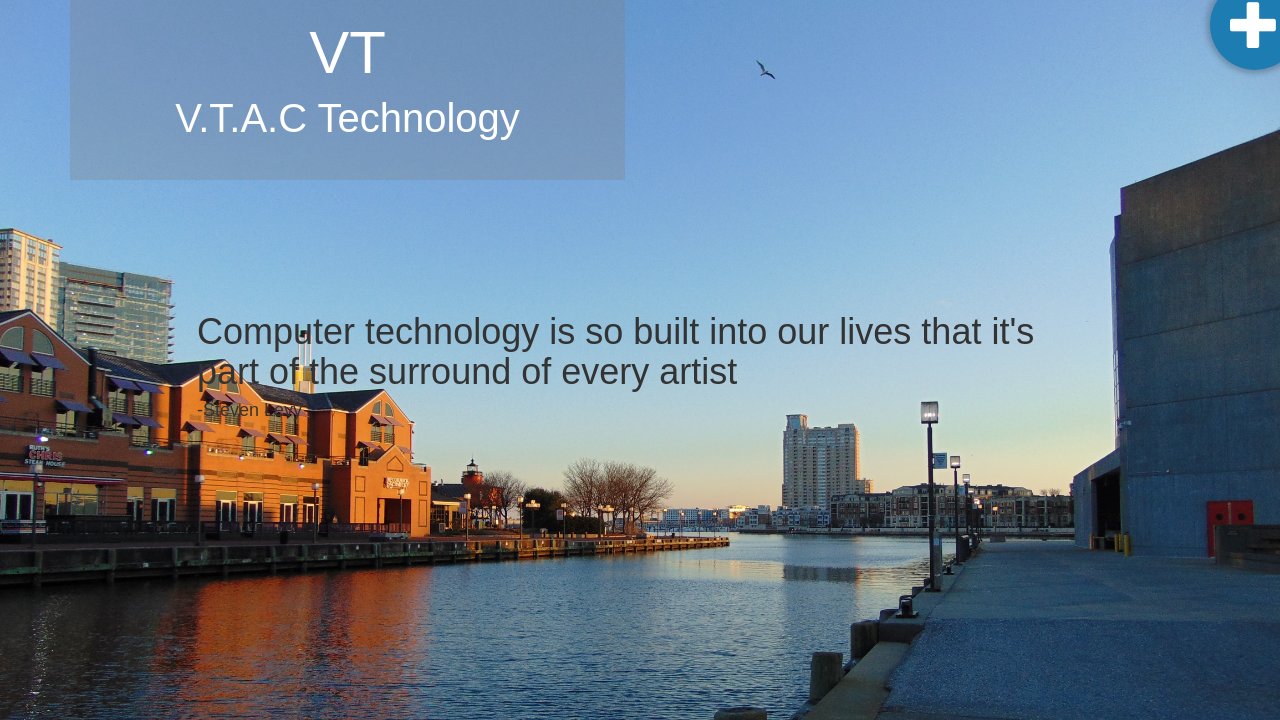
Repository: danidark9312/vtac
Page: http://localhost/vtacTechnology/
These files come from the project's save history. The page is drawn as it stood at one moment and after the next save; the edit follows.
The browser window is 1280 px wide. The pictures show the whole page.
The page is served by Tomcat 9.

Above is the page before, as saved 2017-01-30 18:37:48.
Console error (its wording comes from the project's code and is left out).

After the next save:
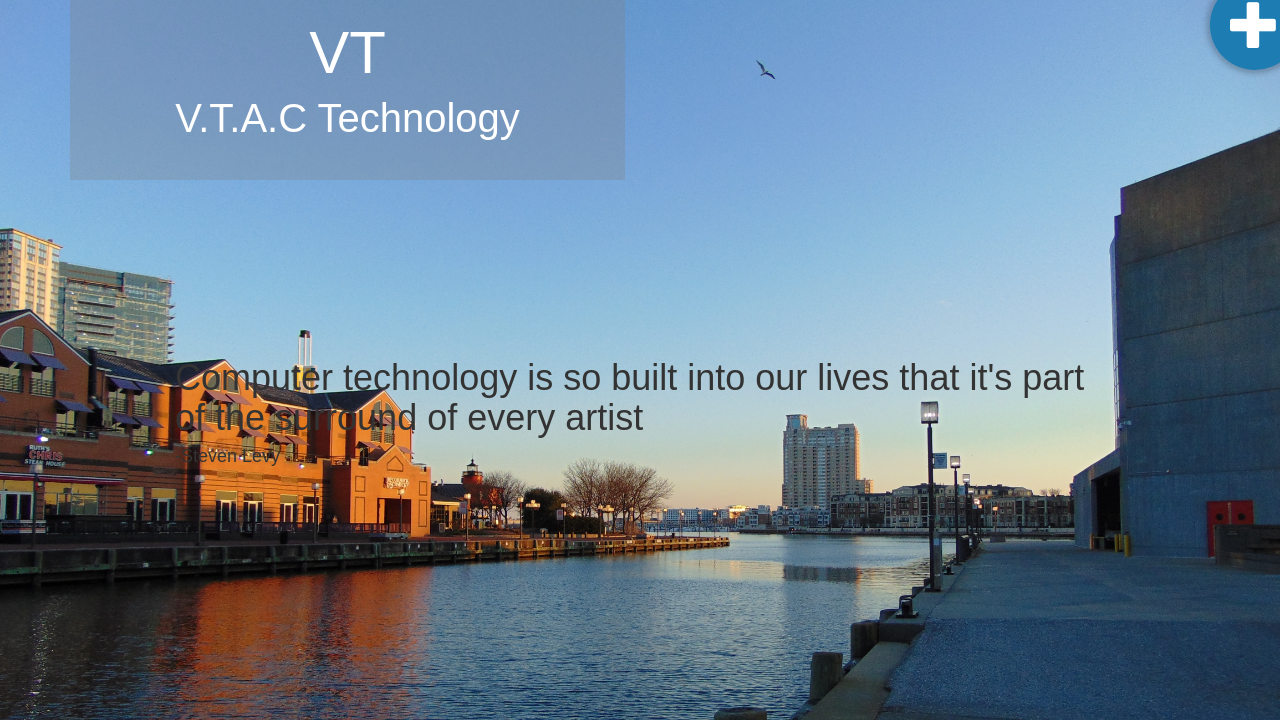
Saved 78 s later.
--- a/vtacTechnology/WebContent/css/common.css
+++ b/vtacTechnology/WebContent/css/common.css
@@ -14,7 +14,7 @@
 
 .mainQuote{
 	height: 500px;
-	padding: 112px;
+	padding: 158px 90px;
 }
 
 .menuContainer{
